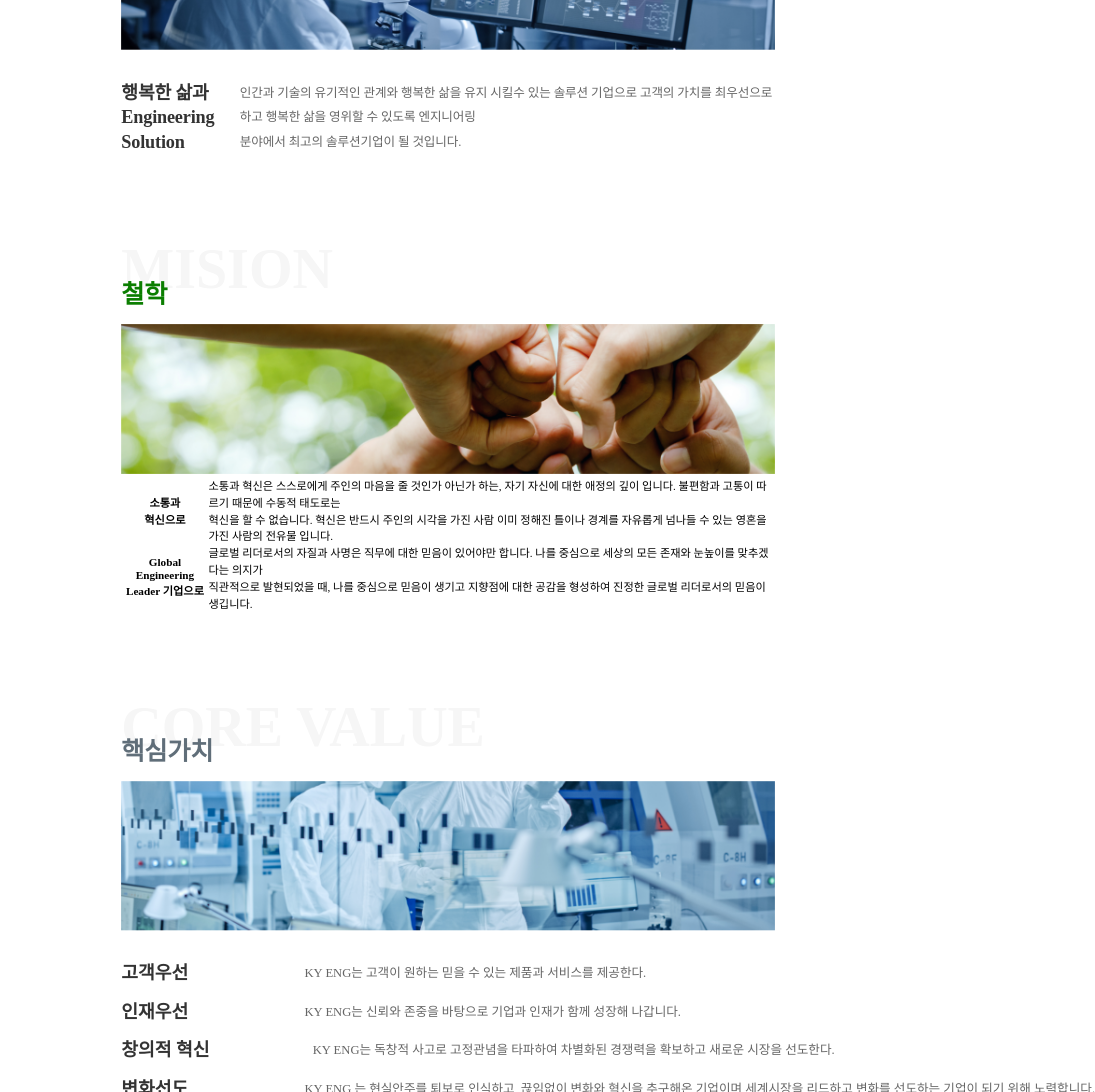
Repository: wogml3270/kumyoungENG
Page: sub/about/about_company.html
The author's editor kept a copy of each file at every save. The page is drawn from the files as they stood at one save, then again after the next save.
The browser window is 1280 px wide. The page is 1564 px wide, so the pictures cover 1564 px, including what lies to the right of the window. The pictures show the part of the page from y = 1090 to 2650 px (the page is 2945 px tall), at 70% of full size.
Some web fonts or font styles are not loaded; a fallback is used.

Above is the page before, as saved 2022-07-25 14:15:17.

### sub/about/about_company.html
<!DOCTYPE html>
<html lang="ko">
    <head>
        <meta charset="UTF-8" />
        <meta http-equiv="X-UA-Compatible" content="ie=edge" />
        <meta name="viewport" content="width=device-width, initial-scale=1.0" />
        <link rel="stylesheet" href="./../css/reset.css" />
        <link rel="stylesheet" href="./../css/about_company.css" />
        <link rel="stylesheet" href="./../css/about_banner.css">
        <link rel="stylesheet" href="./../css/snb_bar.css">
        <link rel="stylesheet" href="../../css/header.css">
        <link rel="stylesheet" href="../../css/footer.css">
        <link rel="stylesheet" href="/css/media.css">
        <script src="https://ajax.googleapis.com/ajax/libs/jquery/3.5.1/jquery.min.js"></script>
        <script src="http://ajax.aspnetcdn.com/ajax/jQuery/jquery-1.12.4.min.js"></script>
        <script src="https://code.jquery.com/jquery-1.12.4.min.js"></script>
        <script src="../../js/script.js"></script>
        <script src="../../js/snb_bar.js"></script>
        <title>회사소개_기업정신</title>
    </head>
    <body>
        <div id="header"></div>
        <div id="wrap">
            <div class="about-banner">
                <p>KUM YOUNG ENG</p>
                <span></span>
                <h3>회사소개</h3>
                <!-- <img src="./../images/company-banner-image.png" alt="배너 이미지"> -->
            </div>

            <div class="snb">
                <a href="/">homeimg</a>

                    <ul class="snb_box">
                        <li><a href="">회사소개<img src="./../images/Vector 1.png" alt=""></a></li>
                        <li>
                            <a href="/sub/about/about_company.html">기업정신<img src="./../images/Vector 1.png" alt=""></a>
                            <ol class="lnb">
                                <li><a href="/sub/about/about_greeting.html">인사말</a></li>
                                <!-- <li><a href="/sub/about/about_company.html">기업정신</a></li> -->
                                <li><a href="/sub/about/about_management.html">경영이념</a></li>
                                <li><a href="">ESG경영</a></li>
                                <li><a href="/sub/about/about_history.html">연혁</a></li>
                                <li><a href="/sub/about/about_org.html">조직도</a></li>
                                <li><a href="/sub/about/about_branch.html">지사/해외법인</a></li>
                                <li><a href="/sub/about/about_wayto.html">오시는길</a></li>
                            </ol>
                        </li>
                    </ul>
              </div>

            <section id="mind">
                <h2>기업정신</h2>

                <article class="vision">
                    <h3>VISION</h3>
                    <h4>비전</h4>

                    <img src="./../images/vision-image.png" alt="행복한 삶과 Engineering Solution">


                    <div class="firsttx">
                        <p>
                            행복한 삶과 <br />
                            Engineering Solution
                        </p>

                        <p>
                            인간과 기술의 유기적인 관계와 행복한 삶을 유지 시킬수 있는 솔루션 기업으로
                            고객의 가치를 최우선으로 하고 행복한 삶을 영위할 수 있도록 엔지니어링 <br />
                            분야에서 최고의 솔루션기업이 될 것입니다.
                        </p>
                    </div>
                </article>

                <article class="mission">
                    <h3>MISION</h3>
                    <h4>철학</h4>
                    <img src="./../images/mission-image.png" alt="소통과 혁신으로 Global Engineering Leader 기업으로">

                    <table class="secondtx">
                        <tr>
                            <th>
                                소통과 <br />
                                혁신으로
                            </th>

                            <td>
                                소통과 혁신은 스스로에게 주인의 마음을 줄 것인가 아닌가 하는, 자기 자신에 대한 애정의 깊이 입니다.
                                불편함과 고통이 따르기 때문에 수동적 태도로는 <br />
                                혁신을 할 수 없습니다. 혁신은 반드시 주인의 시각을 가진 사람 이미 정해진 틀이나
                                경계를 자유롭게 넘나들 수 있는 영혼을 가진 사람의 전유물 입니다.
                            </td>
                        </tr>

                        <div>
                            <th>
                                Global Engineering <br />
                                Leader 기업으로
                            </th>

                            <td>
                                글로벌 리더로서의 자질과 사명은 직무에 대한 믿음이 있어야만 합니다.
                                나를 중심으로 세상의 모든 존재와 눈높이를 맞추겠다는 의지가 <br />
                                직관적으로 발현되었을 때, 나를 중심으로 믿음이 생기고 지향점에 대한 공감을 형성하여
                                진정한 글로벌 리더로서의 믿음이 생깁니다.
                            </td>
                        </div>
                    </table>
                </article>

                <article class="core_value">
                    <h3>CORE VALUE</h3>
                    <h4>핵심가치</h4>

                    <img src="./../images/value-image.png" alt="핵심가치">
                    <div class="thirdtx">
                        <dl>
                            <dt>고객우선</dt>
                            <dd>KY ENG는 고객이 원하는 믿을 수 있는 제품과 서비스를 제공한다.</dd>
                        </dl>
                        <dl>
                            <dt>인재우선</dt>
                            <dd>KY ENG는 신뢰와 존중을 바탕으로 기업과 인재가 함께 성장해 나갑니다.</dd>
                        </dl>
                        <dl>
                            <dt>창의적 혁신</dt>
                            <dd>KY ENG는 독창적 사고로 고정관념을 타파하여 차별화된 경쟁력을 확보하고 새로운 시장을 선도한다.</dd>
                        </dl>
                        <dl>
                            <dt>변화선도</dt>
                            <dd>KY ENG 는 현실안주를 퇴보로 인식하고, 끊임없이 변화와 혁신을 추구해온 기업이며 세계시장을 리드하고 변화를 선도하는 기업이 되기 위해 노력합니다.</dd>
                        </dl>
                    </div>

                </article>
            </section>
        </div>
        <div id="footer"></div>
    </body>
</html>

### sub/css/reset.css
@charset "UTF-8";

* {
    margin: 0;
    padding: 0;
  }

  body,
  html {
    width: 100%;
    height: 100%;
    font-family: "Pretendard";
  }

  ul,
  li {
    list-style: none;
    text-decoration: none;
  }

  a:link,
  a:visited,
  a:hover,
  a:active {
    color: #fff;
    text-decoration: none;
  }

### sub/css/about_company.css
@charset "utf-8";

@import url("https://cdn.jsdelivr.net/gh/orioncactus/pretendard@v1.3.4/dist/web/static/pretendard.css");

table{
  border-collapse: collapse;
}

#wrap > img {
  width: 100%;
  height: auto;
}

#mind {
  width: 100%;
  padding-top: 110px;
}

#mind > h2 {
  color: #333;
  font-size: 24px;
  font-weight: 600;
  text-align: center;
}

article {
  width: 72.916%;
  margin-left: 13.5416%;
  margin-top: 120px;
}

article > h3 {
  color: #f6f6f6;
  font-size: 80px;
  font-weight: 800;
}

article > h4 {
  font-size: 36px;
  font-weight: 600;
  letter-spacing: -0.01em;
  position: relative;
  top: -40px;
}

article > img {
  width: 100%;
  margin-top: -20px;
}

.vision > h4 {
  color: #004170;
}

.firsttx {
  display: flex;
  flex-flow: row nowrap;
  justify-content: space-between;
  margin-top: 40px;
}
.firsttx > p {
  line-height: 35px;
  letter-spacing: -0.01em;
}
.firsttx > p:nth-child(1) {
  color: #333;
  font-size: 26px;
  font-weight: 600;
  margin-right: 10px;
}
.firsttx > p:nth-child(2) {
  color: #666;
  font-weight: 400;
  font-size: 18px;
}

.mission > h4 {
  color: #0B7E00;
}
.secondtx > div {
  display: flex;
  flex-flow: row nowrap;
  justify-content: flex-start;
  margin-top: 40px;
  line-height: 35px;
}

.secondtx > div > p {
  word-break: keep-all;
}

.secondtx > div:nth-child(1) > p:nth-child(1){
  margin-right: 249px;
}
.secondtx > div:nth-child(2) > p:nth-child(1){
  margin-right: 116px;
}

.secondtx > div > p:nth-child(1){
  color: #333;
  font-size: 26px;
  font-weight: 600;
}
.secondtx > div > p:nth-child(2){
  color: #666;
  font-size: 18px;
  font-weight: 400;
}

.core_value > h4 {
  color: #606E79;
}

.thirdtx {
  margin-top: 40px;
}

.thirdtx > dl {
  display: flex;
  flex-flow: row nowrap;
  justify-content: flex-start;
  margin-bottom: 20px;
}

.thirdtx > dl:last-child {
  margin-bottom: initial;
}

.thirdtx > dl > dt {
  color: #333;
  font-size: 26px;
  font-weight: 600;
  line-height: 35px;
  white-space: nowrap;
}

.thirdtx > dl > dd {
  color: #666;
  font-size: 18px;
  font-weight: 400;
  line-height: 35px;
  margin-left: 17.7857%;
  white-space: nowrap;
}

.thirdtx > dl:nth-child(3) > dd {
  margin-left: 15.7857%;
}

@media screen and (max-width: 899px){

  article{
    width: 80%;
    margin: 120px auto;
  }

  article > h3 {
    font-size: 50px;
  }

  article > h4 {
    font-size: 25px;
  }
  article > div > p:nth-child(1){
    font-size: 20px;
  }
  article > div > p:nth-child(2){
    font-size: 15px;
  }
  .firsttx{
      display: block;
  }
  .firsttx > p:nth-child(1) {
    font-size: 20px;
    margin-right: 0;
  }
  .firsttx > p:nth-child(2){
    font-size: 15px;
  }

  .secondtx > div {
    display: block;
    line-height: 29px;
  }
  .secondtx > div:nth-child(1) > p:nth-child(1){
    margin-right: 0;
    margin-bottom: 10px;
  }

  .secondtx > div:nth-child(2){
    display: block;
  }

  .secondtx > div > p > br {
    display: none;
  }
  .secondtx > div > p:nth-child(1){
    font-size: 20px;
    margin-right: 0;
  }

  .secondtx > div:nth-child(2) > p:nth-child(1) {
    margin-bottom: 10px;
    margin-right: 0;
  }

  .secondtx > div > p:nth-child(2){
    word-break: keep-all;
    font-size: 16px;
  }
  .thirdtx > dl{
    flex-direction: column;
    font-family: 'Pretendard';
    font-style: normal;
  }
  .thirdtx > dl > dt{
    font-size: 20px;
  }
  .thirdtx > dl > dd{
    font-size: 15px;
    margin-left: 3.5%;
    white-space: normal;
  }
  .thirdtx > dl:nth-child(3) > dd{
    margin-left: 3.5%;
  }

}

### sub/css/about_banner.css
@charset "UTF-8";

.about-banner{
    width: 100%;
    height: 500px;
    background: url(../../images/company-banner-image.png) no-repeat center center;
    background-size: cover;
    display: flex;
    flex-direction: column;
    align-items: center;
    justify-content: center;
  }
  .about-banner p{
    font-family: 'Pretendard';
    font-style: normal;
    font-weight: 400;
    font-size: 16px;
    line-height: 20px;
    text-align: center;
    letter-spacing: -0.01em;
    color: #FFFFFF;
  }
  .about-banner span{
    width: 40px;
    height: 1px;
    background: #FFFFFF;
    margin: 16px 0;
  }
  .about-banner h3{
    font-family: 'Pretendard';
    font-style: normal;
    font-weight: 700;
    font-size: 24px;
    line-height: 24px;
    text-align: center;
    letter-spacing: -0.01em;
    color: #FFFFFF;
  }

### sub/css/snb_bar.css
@charset "utf-8";

ul,li {
    list-style: none;
    text-decoration: none;
}

a:link,
a:visited,
a:hover,
a:active {
    color: #fff;
    text-decoration: none;
}

.snb {
    position: relative;
    top: -26px;
    width: 72.916%;
    height: 60px;
    margin: 0 auto;
    background-color: #fff;
    border: 1px solid #ddd;
    box-sizing: border-box;
    box-shadow: 0px 4px 15px rgba(0, 0, 0, 0.1);
    z-index: 1;
}

.snb > a {
    position: absolute;
    top: -1px;
    left: -1px;
    display: block;
    width: 65px;
    height: 60px;
    text-indent: -9999px;
    background-color: #004170;
    background-image: url(./../images/Group.png);
    background-position: center center;
    background-repeat: no-repeat;
}

.snb > a {
    display: block;
    width: 65px;
    height: 60px;
}

.snb_box {
    display: flex;
    flex-flow: row nowrap;
    /* margin-left: 20.5px; */
    margin-left: 64px;
    margin-top: 0;

}

.snb_box > li {
    position: relative;
    text-indent: 20.5px;
    /* text-indent: 30%; */
    width: 209px;
    height: 60px;
    line-height: 60px;
    border-right: 1px solid #ddd;
    box-sizing: border-box;
}

.snb_box > li > a {
    display: block;
    height: 60px;
    color: #333;
    font-family: 'Pretendard';
    font-style: normal;
    font-weight: 400;
    font-size: 16px;
}

.snb_box > li > a > img {
    position: absolute;
    top: 22.5px;
    left: 80%;

}

.snb_box > li:last-child > a:hover > img {
    transform: rotate(90deg);
    transition: 0.3s;
}

.lnb {
    display: none;
    position: absolute;
    width: 100%;
    padding: 0;
    border: 1px solid #DDDDDD;
    border-top: none;
    background-color: #fff;
}

.lnb > li > a {
    color: #333;
    display: block;
    font-family: 'Pretendard';
    font-style: normal;
    font-weight: 400;
    font-size: 16px;
}

.lnb > li > a:hover {
    background-color: #F5F5F5;
}

@media screen and (max-width: 899px){
    .snb{
        height: 40px;
    }
    .snb > a{
        width: 45px;
        height: 40px;
    }
    .snb_box > li{
        height: 40px;
        line-height: 40px;
    }
    .snb_box > li > a{
        height: 40px;
        font-size: 13px;
    }
    .snb_box > li > a > img{
        top: 13.5px;
    }
    .lnb > li > a{
        font-size: 13px;
    }
}

### css/footer.css
@charset "utf-8";

@import url("https://cdn.jsdelivr.net/gh/orioncactus/pretendard@v1.3.4/dist/web/static/pretendard.css");

body {
    margin: 0 auto;
    padding: 0;
}

footer {
    position: relative;
    width: 100%;
    height: 132px;
    font-family: 'Pretendard';
    font-size: 14px;
    font-weight: 400;
    background-color: #122B42;
    display: flex;
    align-items: center;
    justify-content: space-between;
    margin-top: 150px;
}

footer > address {
    color: #CECED5;
    line-height: 30px;
    font-style: normal;
    letter-spacing: -0.01em;
    margin-left: 13.663%;
}

footer > .footer-right{
    display: flex;
    flex-direction: column;
    align-items: flex-end;
    margin-right: 13.663%;
}
footer > .footer-right .logo {
    margin-bottom: 16px;
    display: block;
}

footer > .footer-right span {
    color: #CECED5;
}

### css/media.css
@charset "utf-8";

@media only screen and (min-width: 899px){
    .header_gnb_mobile{
        position: absolute;
        top: -9999px;
    }
}
    /* 모바일 가로, 타블렛 세로 */
@media only screen and (max-width: 899px) {

    /* header */
    .header{
        height: 120px;
        flex-direction: column;
    }
    .header > a{
        margin: 27px 10px 0 10px;
        z-index: 9999;
    }
    .header > a > img{
        width: 120px;
    }
    .header_gnb{
        display: none;
    }
    .header > .right{
        margin-right: 0;
        width: 100%;
    }
    .header > .right > .lang{
        position: absolute;
        top: 30px;
        left: 20px;
    }
    .header > .right > .lang > a{
        font-size: 11px;
    }
    .header_gnb_mobile{
        padding-top: 80px;
        width: 100%;
        background: #ffffff;
        position: absolute;
        top: 0;
    }
    .header_gnb_mobile > li{
        padding: 15px 20px;
        cursor: pointer;
        border-bottom: 1px solid #cccccc;
        position: relative;
    }
    .header_gnb_mobile > li::before{
        content: ">";
        position: absolute;
        right: 25px;
        font-family: 'Pretendard';
        font-style: normal;
        font-weight: 400;
        font-size: 20px;
        color: #9c9c9c;
        transform: rotate(90deg);
        transition: 0.3s;
    }
    .header_gnb_mobile > li > a{
        color: #333333;
        font-family: 'Pretendard';
        font-style: normal;
        font-weight: 400;
    }
    .header_gnb_mobile_toggle{
        display: block;
        z-index: 9999;
    }
    .header_gnb_mobile > li > ul > li{
        margin-left: 20px;
        margin-top: 5px;
    }
    .header_gnb_mobile > li > ul > li > a{
        position: relative;
        font-family: 'Pretendard';
        font-style: normal;
        font-weight: 400;
        font-size: 13px;
        line-height: 18px;
        letter-spacing: -0.01em;
        color: #5B5D7E;
    }
    .header_gnb_mobile > li > ul > li > a::before{
        content: "";
        background: #333333;
        width: 3px;
        height: 3px;
        border-radius: 50%;
        position: absolute;
        left: -11px;
        top: 6px;
    }

    /* main */
    .main_slide > ul > li{
        padding: 0;
        width: 25%;
        text-align: center;
    }
    .tab_menu{
        width: 100%;
    }
    .tab_menu .active::after{
        content: "";
        position: absolute;
        width: 95%;
        height: 63px;
        background: none;
        border: 3px solid #0b7e00;
        left: 10px;
        bottom: 0;
    }
    .tab_menu > .list{
        text-align: center;
        align-items: center;
        justify-content: center;
        flex-direction: column;
    }
    .tab_menu > .list > li{
        width: 100%;
        margin-right: 0;
        padding: 20px 0;
    }
    .tab_menu > .list > li.active{
        font-weight: 900;
    }
    .content01_area{
        height: 1078px;
    }
    .content01_box{
        flex-direction: column;
    }
    .content01_img{
        margin-right: 0;
        text-align: center;
    }
    .content01_img img{
        margin-right: 0;
    }
    .content01_img2 img{
        width: 90%;
    }
    .content01_caption{
        margin: 10px 0;
        width: 80%;
    }
    .content02{
        height: auto;
    }
    .content02 > h2{
        width: 100%;
        text-align: center;
    }
    .content02_box{
        flex-direction: column;
        justify-content: center;
        align-items: center;
        margin: 100px auto;
        gap: 60px;
        width: 90%;
    }
    .content02_box img{
        width: 100%;
    }
    .content02_txt_box{
        top: 172px;
        width: 90%;
        left: 20px;
    }

    .content03_box{
        width: 100%;
    }
    .content03_box_title{
        width: 80%;
    }
    .content03_box_sub{
        width: 80%;
    }

    /* footer */
    footer{
        flex-direction: column;
        justify-content: space-around;
        height: 250px;
    }
    footer > address{
        margin-left: 0;
        text-align: center;
        font-size: 16px;
        width: 80%;
    }
    footer > .footer-right{
        flex-direction: column;
        align-items: center;
        margin: 0 15px;
    }
}

### sub/about/footer.html
<footer>
    <address>
        금영이엔지 | 대전광역시 유성구 엑스포로 385, 본관동 1층,3층 (문지동) <br />
        Tel 042&ndash;824&ndash;5538 | Fax 042&ndash;824&ndash;5539 <br />
        사업자등록번호 314&ndash;81&ndash;92242
    </address>

    <div class="footer-right">
        <a href="#" class="logo">
            <img src="/images/logo-footer.svg" alt="">
        </a>
        <span>Copyright &copy; 2015 KUM YOUNG. All Rights Reserved.</span>
    </div>

</footer>

Loaded but not shown: js/script.js (36 lines, source omitted); js/snb_bar.js (14 lines, source omitted); sub/about/header.html (358 lines, source omitted); css/header.css (302 lines, source omitted)

After the next save:
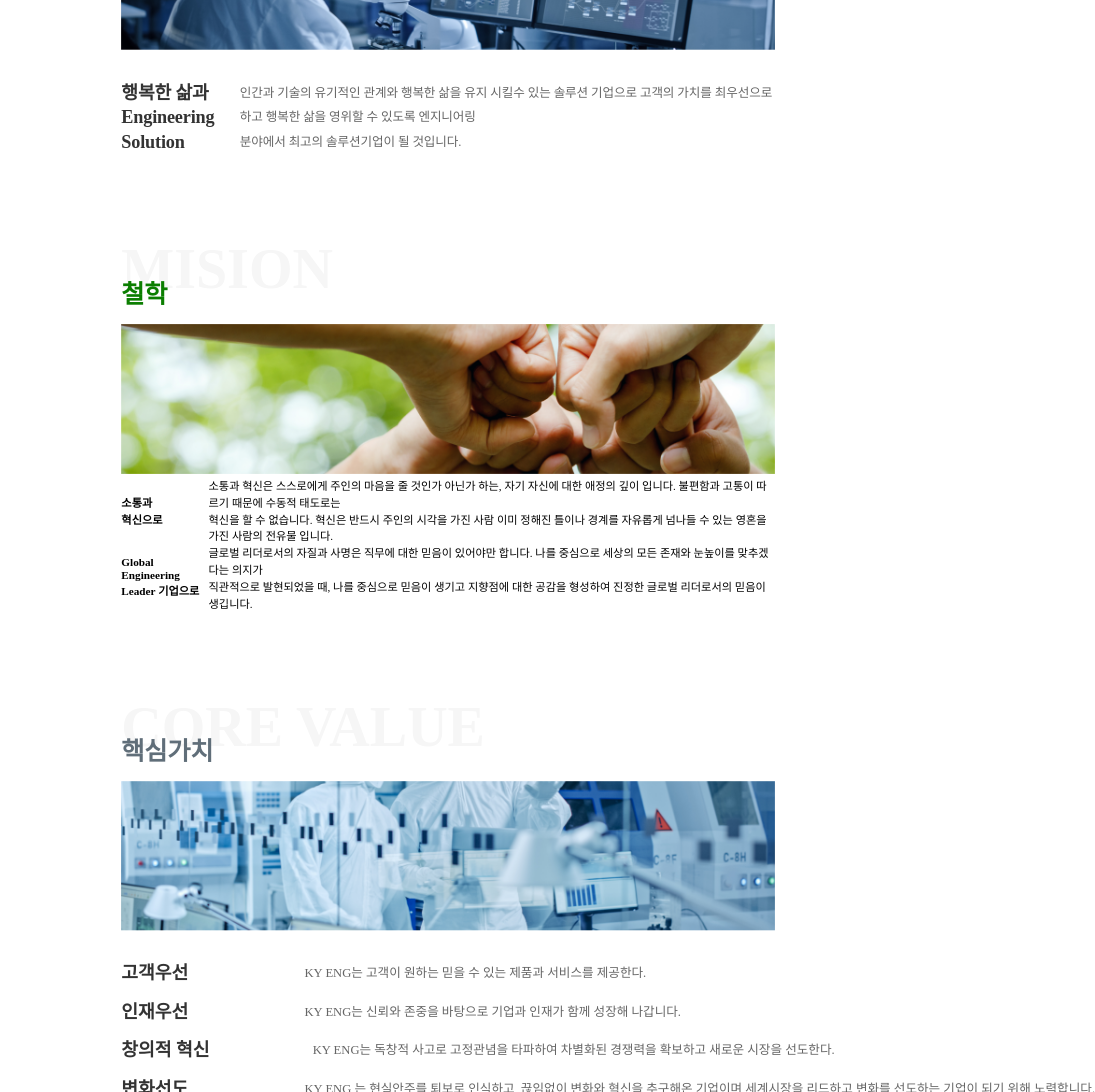
Saved 24 s later.
--- a/sub/css/about_company.css
+++ b/sub/css/about_company.css
@@ -4,6 +4,9 @@
 
 table{
   border-collapse: collapse;
+}
+tr,th,td{
+  text-align: left;
 }
 
 #wrap > img {
